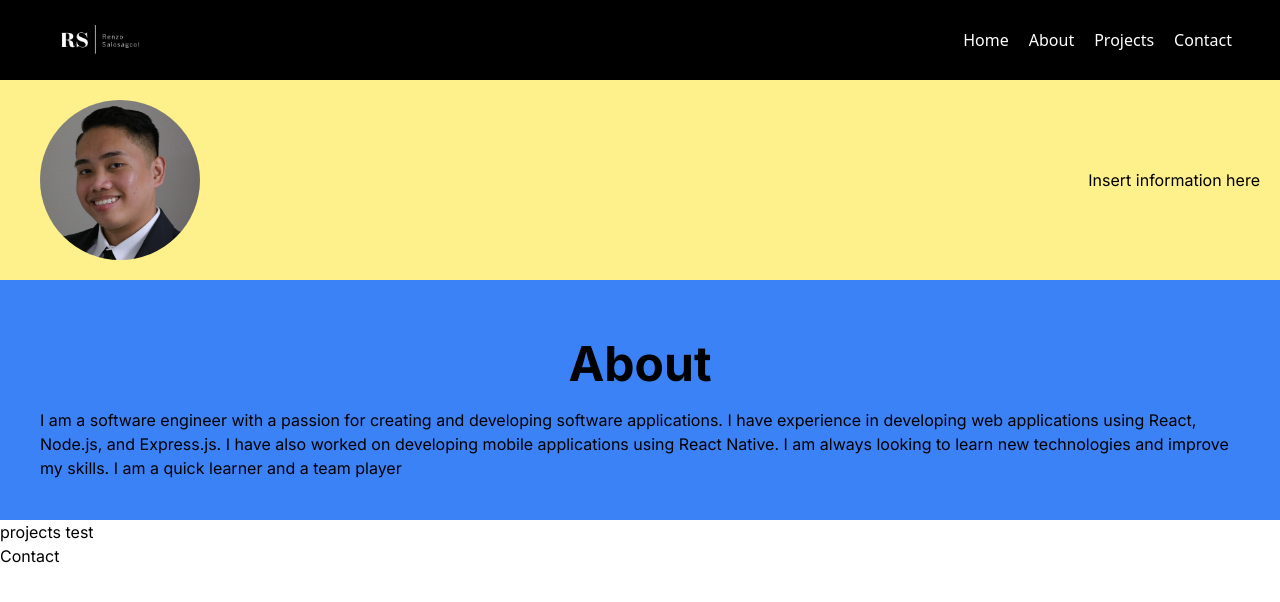
Repository: Renzo-Salosagcol/Portfolio-Website
Page: / (app in resume_website/)
An editor plug-in stored every save of this project. The page is shown before and after the next save, followed by the edit.
The browser window is 1280 px wide. The pictures show the whole page.
The project was rebuilt for these pictures with package versions that can differ from the ones it lists, and the page was loaded fresh each time. Also part of the build but not shown: resume_website/vite.config.js.

Above is the page before, as saved 2024-12-10 15:07:43.

After the next save:
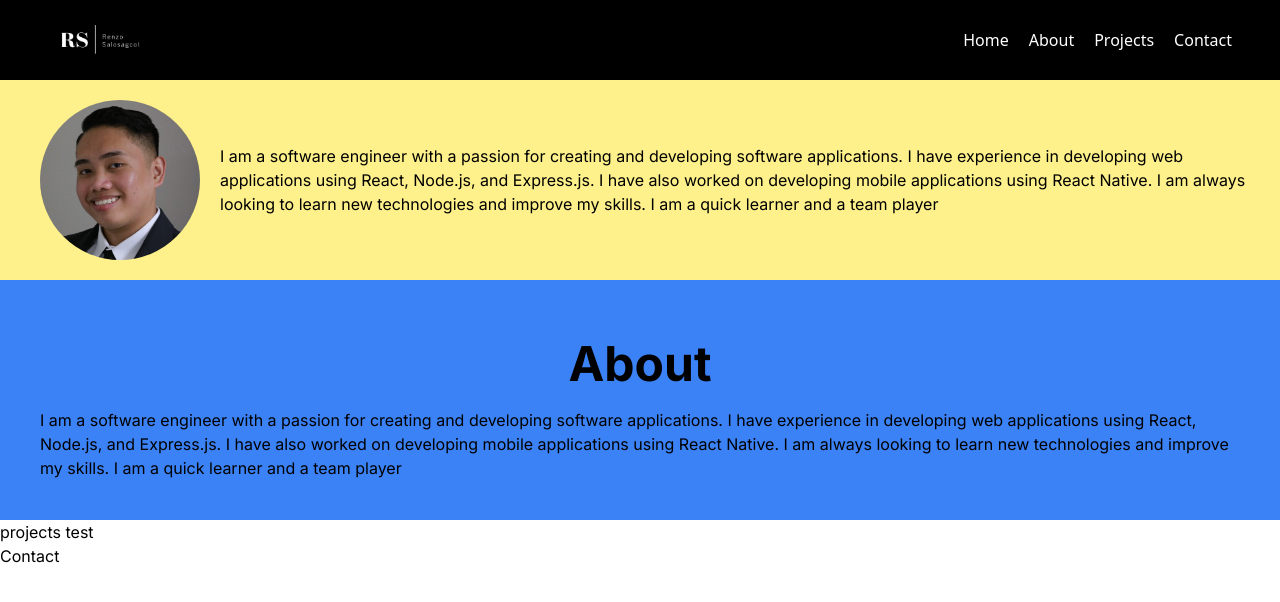
Saved 2 min 5 s later.
--- a/resume_website/src/components/Hero.jsx
+++ b/resume_website/src/components/Hero.jsx
@@ -1,11 +1,12 @@
 import profilePic from "../assets/ProfilePic.png";
+import aboutInformation from "../assets/constants";
 
 const Hero = () => {
   return (
     <div className="bg-yellow-200 text-black w-full flex items-center justify-between p-5">
       <img src={ profilePic } alt="profile" className="w-50 h-40 rounded-full mx-5"/>
       <div className="justify-items-start">
-        Insert information here
+        { aboutInformation}
       </div>
     </div>
   );
